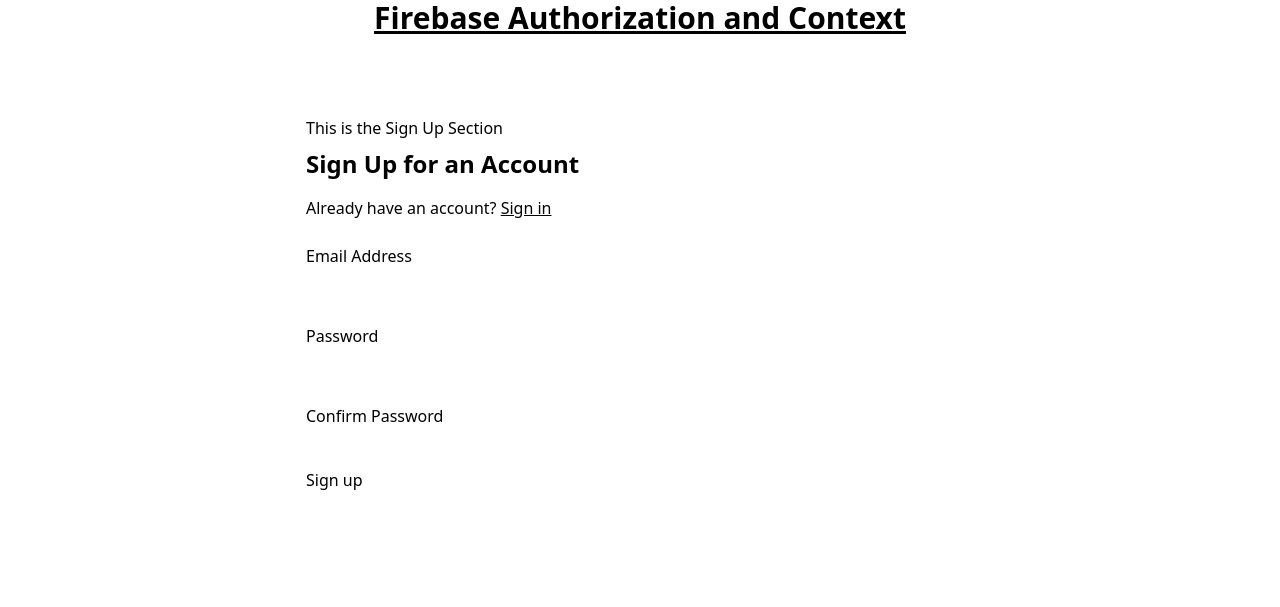
Repository: mottad14/practice_google_firebase
Page: /signup
An editor plug-in stored every save of this project. The page is shown before and after the next save, followed by the edit.
The browser window is 1280 px wide. The pictures show the whole page.
The project was rebuilt for these pictures with package versions that can differ from the ones it lists, and the page was loaded fresh each time. Also part of the build but not shown: src/components/Signin.jsx, src/components/Account.jsx.

Above is the page before, as saved 2022-07-27 09:14:07.

After the next save:
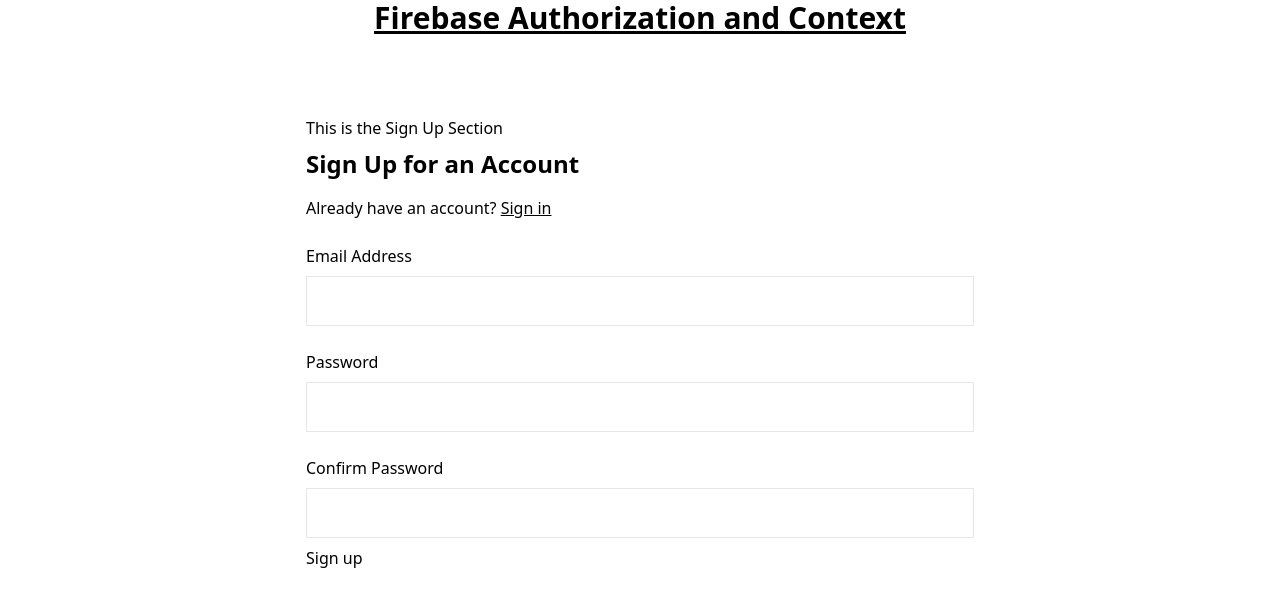
Saved 35 s later.
--- a/src/components/Signup.jsx
+++ b/src/components/Signup.jsx
@@ -16,15 +16,15 @@
       <form>
           <div className='flex flex-col py-2'>
             <label className='py-2 font-medium' htmlFor=""> Email Address</label>
-            <input type="email"/>
+            <input className='border p-3' type="email"/>
           </div>
           <div className='flex flex-col py-2'>
             <label className='py-2 font-medium' htmlFor=""> Password</label>
-            <input type="password"/>
+            <input className='border p-3' type="password"/>
           </div>
           <div className='flex flex-col py-2'>
             <label className='py-2 font-medium' htmlFor=""> Confirm Password</label>
-            <input type="password"/>
+            <input className='border p-3' type="password"/>
           </div>
           <button>Sign up</button>
 
